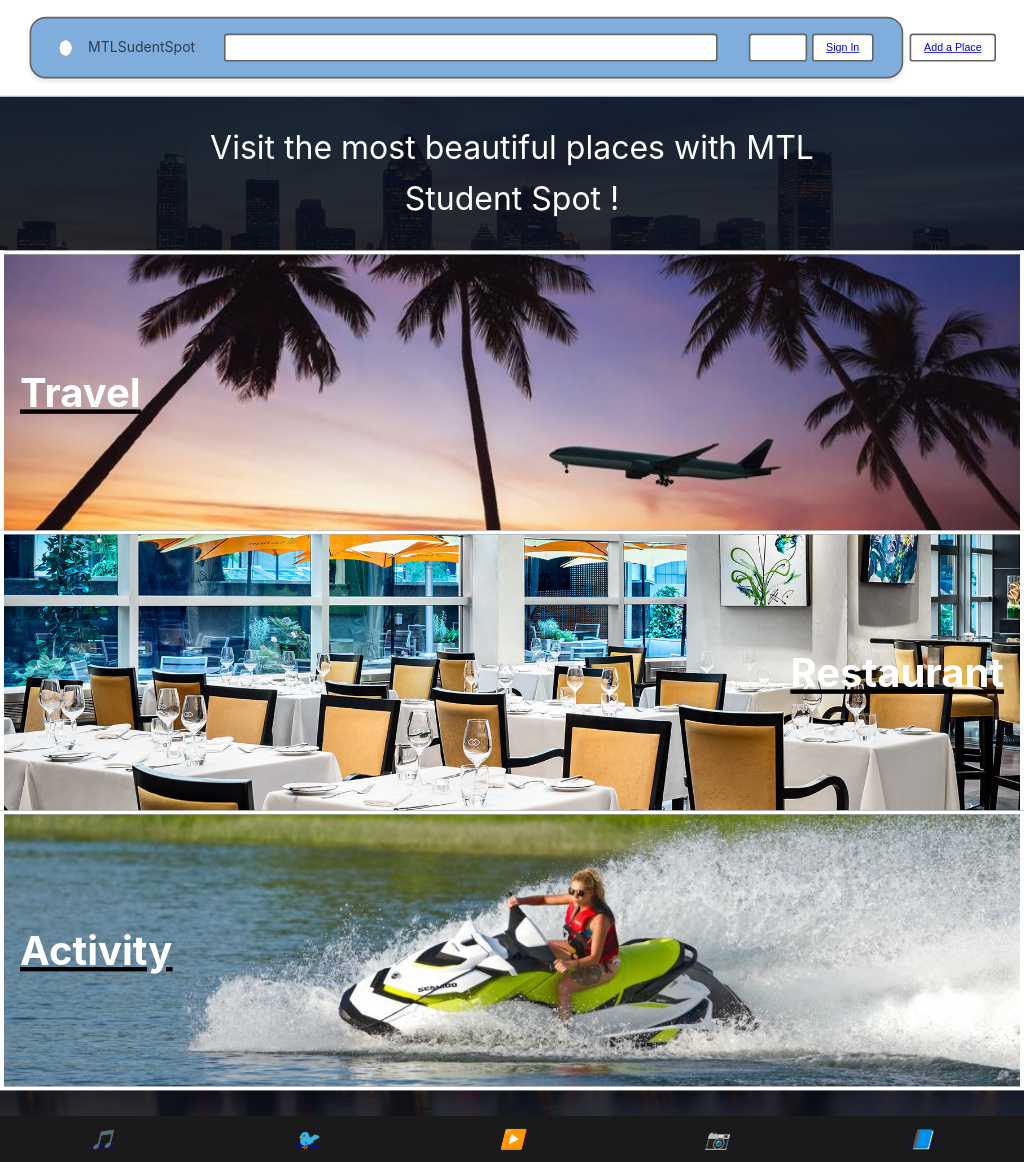
Repository: KevMn6ix/MOD8-2232-GRA-Damois-Leroi--Morant-Munto
Page: / (app in client/)
These files come from the project's save history. The page is drawn as it stood at one moment and after the next save; the edit follows.
The browser window is 1280 px wide. The pictures show the whole page, at 80% of full size.
The project was rebuilt for these pictures with package versions that can differ from the ones it lists, and the page was loaded fresh each time. Also part of the build but not shown: client/vite.config.js, client/src/components/HelloWorld.vue, client/src/services/Api.js, client/src/services/AuthentificationService.js, client/src/components/Login.vue, client/src/views/LoginPage.vue, client/src/components/PlaceItem.vue, client/src/components/PlaceList.vue.

Above is the page before, as saved 2023-10-18 14:18:49.

### client/index.html
<!DOCTYPE html>
<html lang="en">
  <head>
    <meta charset="UTF-8">
    <link rel="icon" href="/favicon.ico">
    <link href="https://cdnjs.cloudflare.com/ajax/libs/font-awesome/5.15.3/css/all.min.css" rel="stylesheet">

    <meta name="viewport" content="width=device-width, initial-scale=1.0">
    <title>Vite App</title>
  </head>
  <body>
    <div id="app"></div>
    <script type="module" src="/src/main.js"></script>
  </body>
</html>

### client/src/assets/main.css
@import './base.css';
/*
#app {
  max-width: 1280px;
  margin: 0 auto;
  padding: 2rem;

  font-weight: normal;
}

a,
.green {
  text-decoration: none;
  color: hsla(160, 100%, 37%, 1);
  transition: 0.4s;
}

@media (hover: hover) {
  a:hover {
    background-color: hsla(160, 100%, 37%, 0.2);
  }
}

@media (min-width: 1024px) {
  body {
    display: flex;
    place-items: center;
  }

  #app {
    display: grid;
    grid-template-columns: 1fr 1fr;
    padding: 0 2rem;
  }
}
*/
@media (prefers-color-scheme: dark) {
  button {
    color:black;
  }
  input {
    color: white;
    background-color: black;
  }
}

### client/src/App.vue
<script setup>
import { RouterLink, RouterView } from 'vue-router'
import HelloWorld from './components/HelloWorld.vue'
</script>

<template >
  <RouterView />

</template>

<style scoped>
template {
  display: flex;
  flex-direction: column;
}

header {
  line-height: 1.5;
  max-height: 100vh;
}

.logo {
  display: block;
  margin: 0 auto 2rem;
}

nav {
  width: 100%;
  font-size: 12px;
  text-align: center;
  margin-top: 2rem;
}

nav a.router-link-exact-active {
  color: var(--color-text);
}

nav a.router-link-exact-active:hover {
  background-color: transparent;
}

nav a {
  display: inline-block;
  padding: 0 1rem;
  border-left: 1px solid var(--color-border);
}

nav a:first-of-type {
  border: 0;
}

@media (min-width: 1024px) {
  header {
    display: flex;
    place-items: center;
    padding-right: calc(var(--section-gap) / 2);
  }

  .logo {
    margin: 0 2rem 0 0;
  }

  header .wrapper {
    display: flex;
    place-items: flex-start;
    flex-wrap: wrap;
  }

  nav {
    text-align: left;
    margin-left: -1rem;
    font-size: 1rem;

    padding: 1rem 0;
    margin-top: 1rem;
  }
}
</style>

### client/src/router/index.js
import { createRouter, createWebHistory } from 'vue-router'
import HomeView from '../views/HomeView.vue'

const router = createRouter({
  history: createWebHistory(import.meta.env.BASE_URL),
  routes: [
    {
      path: '/',
      name: 'home',
      component: HomeView
    },
    {
      path: '/about',
      name: 'about',
      // route level code-splitting
      // this generates a separate chunk (About.[hash].js) for this route
      // which is lazy-loaded when the route is visited.
      component: () => import('../views/AboutView.vue')
    },
    {
      path: '/login',
      name: 'login',

      component: () => import('../views/LoginPage.vue')
    },
    {
      path: '/register',
      name:'register',

      component: () => import('../views/RegisterPage.vue')
    },
    {
      path: '/places/:types',
      name: 'PlacesList',

      component: () => import('../views/PlaceListView.vue')
    },
    {
      path: '/places/review/:id',
      name : 'review',

      component: () => import('../views/PlaceReview.vue')
    },
    {

      path: '/places/:types/:id',
      name: 'PlacePage',

      component: () => import('../views/PlacesPage.vue')

    },
    {
      path: '/places/add',
      name: 'AddPlace',

      component: () => import('../views/AddPageView.vue')
    }
  ]
})

export default router

### client/src/views/HomeView.vue
<script setup>
import { ref } from 'vue'
import NavBar from '../components/NavBar.vue';
import RowLandingPage from '../components/RowLandingPage.vue';
import PlaceList from '../components/PlaceList.vue';
import { RouterLink} from 'vue-router'
import UsePlaceService from '../../server/services/places-service.js';
const userInput = ref('');
const placeService = UsePlaceService();
console.log(placeService.findPlaces())
const tempListPlace = placeService.findPlace()
console.log(tempListPlace)
</script>

<template>
  <header>
    <NavBar @user-input="(termInputed) => {userInput = termInputed;}"/>
  </header>

  <main id="home-body">
    <div v-if="userInput === ''">
    <h1>
      Visit the most beautiful places with MTL<br>Student Spot !
    </h1>
    <ul id="browse">
      <li id="travel"><RouterLink :to="{name : 'PlacesList', params : {types: 'travel'}}"><RowLandingPage textId="travel" textTitle="Travel"/></RouterLink></li>
      <li id="restaurant"><RouterLink :to="{name : 'PlacesList', params : {types: 'restaurants'}}"><RowLandingPage textId="restaurant" textTitle="Restaurant"/></RouterLink></li>
      <li id="activity"><RouterLink :to="{name : 'PlacesList', params : {types: 'activities'}}"><RowLandingPage textId="activity" textTitle="Activity"/></RouterLink></li>
  </ul>
  </div>
  <div v-else id="research">
    <PlaceList :searchTerms="userInput" :placeArray="placeService.findPlaces()"/>
  </div>
  </main>
  <footer>
    <a href="#" aria-label="SoundCloud">
        <i class="footer-icon">🎵</i>  <!-- Emoji used as placeholder for your icons -->
    </a>
    <a href="#" aria-label="Twitter">
        <i class="footer-icon">🐦</i>  <!-- Emoji used as placeholder for your icons -->
    </a>
    <a href="#" aria-label="YouTube">
        <i class="footer-icon">▶️</i>  <!-- Emoji used as placeholder for your icons -->
    </a>
    <a href="#" aria-label="Instagram">
        <i class="footer-icon">📷</i>  <!-- Emoji used as placeholder for your icons -->
    </a>
    <a href="#" aria-label="Facebook">
        <i class="footer-icon">📘</i>  <!-- Emoji used as placeholder for your icons -->
    </a>
  </footer>

</template>
<style scoped>
body, html {
    font-family: Arial, sans-serif;
    margin: 0;
    padding: 0;
}

:root {
    --color-background-header: #A5BDD9;
    --color-background-default: #A5BDD9;
    --color-background-travel: #a2c4ec;
    --color-background-activity: #9EB3CB;
    --text-color-default: #000;

}

/* Dark Mode Variables */
@media (prefers-color-scheme: dark) {
    :root {
        --color-background-header: #A5BDD9;  /* Adjusted for contrast in dark mode */
        --text-color-default: #FFF;
        /* The blue shades remain the same as you wanted */
    }
}

/* Header styles */
header {
    display: flex;
    justify-content: space-between;
    align-items: center;
    padding: 1rem 2rem;
    background-color: var(--color-background-header);
    color: var(--text-color-default);
    box-shadow: 0 4px 6px rgba(0, 0, 0, 0.1);
    border-bottom: 2px solid rgba(0, 0, 0, 0.1);
}

header > div:last-child {
    display: flex;
    gap: 1rem;

    a, button {
        padding: 0.5rem 1rem;
        border-radius: 0.25rem;
        transition: background-color 0.3s ease;
        text-decoration: none;
    }

    button {
        background-color: var(--color-background-travel);
        color: #FFF;
        border: none;
        cursor: pointer;
    }

    a {
        color: var(--text-color-default);
    }

    button:hover, a:hover {
        background-color: #7faedc;
    }
}

/* Main content styles */
main {
    background-color: var(--color-background-default);
    text-align: center;
    padding: 2rem 0;
    color: var(--text-color-default);
}

#home-body {

    background-image: url('../assets/montrealbynight.jpg');
    background-size: 1520px;
    background-repeat: repeat;
    background-position: 30%;
    position: relative;
    z-index: 1;
}

#home-body::before {
    content: '';
    display: block;
    position: absolute;
    top: 0;
    right: 0;
    bottom: 0;
    left: 0;
    background-color: rgba(2, 7, 16, 0.84);
    z-index: -1;
}

h1 {
    font-size: 2.5rem;
    margin-bottom: 2rem;
    color: white;
}

ul#browse {
    list-style: none;
    padding: 0;
    display: flex;
    flex-direction: column;
    margin: 0;
}

ul#browse li {
  padding: 0;
  margin: 0px;
  border: 5px solid white;
  border-bottom: 0px;
  transition: background-color 0.3s ease;
  height: 350px;
  background-size: cover;
  display: flex;
  justify-content: center;
  align-items: center;
  font-weight: bold;

}

ul#browse li#activity{

    border-bottom: 5px solid white;

}

ul#browse li > * {
    color: black;
    font-weight: bold;
    width: 100%;
    text-align: center;
}

#travel > *{
    text-align: left;
}

#restaurant > *{
    text-align: right;
}


#restaurant, #travel, #activity {
    background-size: cover;
    position: relative;
}

#restaurant::before, #travel::before, #activity::before {

    content: "";
    position: absolute;
    top: 0;
    right: 0;
    bottom: 0;
    left: 0;
    background-color: inherit;
    opacity: 0.40;
    pointer-events: none;
}


#restaurant {
    background-image: url('../assets/restaurant.jpg');
    background-color: var(--color-background-default);
    background-position: center;
    justify-content: flex-end;
}

#travel {
    background-image: url('../assets/travel.jpg');
    background-color: var(--color-background-travel);
    background-position: center;
    justify-content: flex-start;
}

#activity {
    background-image: url('../assets/jetski.jpg');
    background-color: var(--color-background-activity);
    background-position: center;
    justify-content: flex-start;

}

/* Add hover effects */
ul#browse li:hover {
    background-color: rgba(0, 0, 0, 0.1);
}

/* Footer styles */
footer {
  z-index: 1000;
    display: flex;
    justify-content: space-around;
    align-items: center;
    bottom: 0;

    left: 0;
    width: 100%;
    background-color: #1a1a1a;
    padding: 10px 0;
}

.footer-icon {
    font-size: 24px;
    color: white;
    transition: 0.3s;
}

footer a:hover .footer-icon {
    color: #A5BDD9;
}

/* Media Queries for screen size */
@media screen and (max-width: 768px) {  /* For tablets */
    header {
        flex-direction: column;
    }

    ul#browse {
        gap: 0.5rem;
    }

    footer {
        flex-wrap: wrap;
    }
}

@media screen and (max-width: 480px) {  /* For mobile phones */
    header > div {
        flex-direction: column;
        gap: 0.5rem;
    }

    h1 {
        font-size: 2rem;
    }

    ul#browse li {
        padding: 0.5rem 0;
    }

    footer {
        flex-direction: column;
    }
}
</style>

### client/src/components/NavBar.vue
<script setup>
import { ref } from 'vue'
import LoginPage from '../views/LoginPage.vue'
import TheSubHeader from './TheSubHeader.vue';
const emit = defineEmits(['user-input'])
const UserInput = ref('')
function sendUserInput() {
    console.log(UserInput.value)
    emit('user-input', UserInput.value)
}
</script>
/** This component is hte bar at the top of the screen */
<template>
    <nav id="head-bar">
        <img src="../assets/logoMTL.png">
        <h3>
            MTLSudentSpot
        </h3>
        <input type="text" v-model="UserInput" @input="sendUserInput">
        <div>
        <router-link to='/login'>
        <button>
            Log In
        </button>
        </router-link>
        <button>
            <router-link to="/register">Sign In</router-link>
        </button>
    </div>
    </nav>
    <div id="sub-header">
    <TheSubHeader/></div>
</template>
<style>

:root{

    --color-navbar: #7faedc;
    --text-navbar-color-default: #000;
    --color-input: #FFF;
    --button-border: #646464;
    --color-button: #fff;
    --button-hover: #7faedc;
}

@media (prefers-color-scheme: dark){

    :root{

        --text-navbar-color-default: #FFF;
        --color-navbar: #211f1f;
        --color-input: #312e2e;
        --button-border: #646464;
        --color-button: #312e2e;
        --button-hover: #646464;

    }

}

nav {
    display: flex;
    justify-content: space-between;
    align-items: center;
    background-color: var(--color-navbar);
    padding: 1rem 2rem;
    box-shadow: 0 4px 6px rgba(0, 0, 0, 0.1);
    border-bottom: 2px solid rgba(0, 0, 0, 0.1);
    border-radius: 20px;
    border: 2px solid var(--button-border);
    margin: 5px;
}

button {
    background-color: var(--color-button);
    color: #FFF;
    border: none;
    padding: 0.5rem 1rem;
    border-radius: 0.25rem;
    cursor: pointer;
    transition: background-color 0.3s ease;
    margin: 3px;
    border: 2px solid var(--button-border);
}

button:hover {
    background-color: var(--button-hover);
}

button:visited {
    color: white; /* Set the text color to yellow when the button is active (clicked) */
}

img {
    height: 20px;
    width: 16px;
}

input {
    flex-grow: 3;
    padding: 0.5rem;
    border: none;
    border-radius: 0.25rem;
    background-color: var(--color-input);
    color: var(--text-navbar-color-default);
    border: 2px solid var(--button-border);
    margin: 0 1rem;
}

#sub-header {
    text-align: center;
}
</style>

### client/src/components/RowLandingPage.vue
<script setup>
/** this prop purpose to to display one of the solid color row on the landing page*/
import { RouterLink } from 'vue-router';

const rowProps = defineProps({
    textId: String,
    textTitle: String
})
</script>
<template>
    <RouterLink :to="/places/ + rowProps.textId">
    <h2 :id="'sub-' + rowProps.textId">

        {{ rowProps.textTitle }}
    </h2>
    </RouterLink>
</template>
<style scoped>
* {
    color: black;
    @media (prefers-color-scheme: dark) {
        color: white;

    }
}
#sub-travel {
    text-align: start;
    margin-left: 20px;
}
#sub-restaurant {
    text-align: end;
    margin-right: 20px;
}
#sub-activity {
    text-align: start;
    margin-left: 20px;
}

#sub-travel, #sub-restaurant, #sub-activity{

    color: white;
    font-weight: bold;
    font-size: 50px;

}
</style>

### client/server/services/places-service.js
let id = 0;
const placeList = [
  {Id: ++id, Type: "restaurant", Title: "Brutopia", Address: "888 rjij", Rating: 4, HygieneRating: 5, AmbianceRating: 3, PriceRating: 5, Picture: "https://css-tricks.com/wp-content/uploads/2018/10/align-items.svg"},
  {Id: ++id, Type: "activity",Title: "cheval blanc", Address: "56656 fd", Rating: 3, HygieneRating: 3, AmbianceRating: 4, PriceRating: 2},
  {Id: ++id, Type: "travel",Title: "nyx", Address: "86 sfd", Rating: 3, HygieneRating: 4, AmbianceRating: 4, PriceRating: 2},
  {Id: ++id, Type: "restaurant",Title: "bnyx", Address: "86 sfd", Rating: 3, HygieneRating: 4, AmbianceRating: 4, PriceRating: 2, Picture:"https://cdn4.buysellads.net/uu/1/134955/1685040267-designdotdev5.jpg"}
]

let idRating = 0
const PlaceRating = [
    {Id: ++idRating, IdPlace: 2, HygieneRating: 3, AmbianceRating: 4, PriceRating: 2, CommentRate:"Nice place."},
    {Id: ++idRating, IdPlace: 1, HygieneRating: 5, AmbianceRating: 3, PriceRating: 5, CommentRate:"I like to go there."},
    {Id: ++idRating, IdPlace: 4, HygieneRating: 4, AmbianceRating: 4, PriceRating: 2, CommentRate:"They cook my favorite food."},
    {Id: ++idRating, IdPlace: 3, HygieneRating: 4, AmbianceRating: 4, PriceRating: 2, CommentRate:"I went there while visiting."}
]


function findPlaces() {
    return placeList
}

function findPlace(id) {
    for (let place of placeList) {
        if (place.Id == id) {
            return place
        }

    }
    return null
}

function sumAmbiance(listOfRatings) {
    let res = 0;
    for (let rating of listOfRatings) {
        res += rating.AmbianceRating;
    }
    console.log(res)
    return res;
}

function sumHygiene(listOfRatings) {
    let res = 0;
    for (let rating of listOfRatings) {
        res += rating.HygieneRating;
    }

    return res;
}
function sumPrice(listOfRatings) {
    let res = 0;
    for (let rating of listOfRatings) {
        res += rating.PriceRating;
    }
    console.log(res)
    return res;
}

function findRatingsAbout(id) {
    /*console.log(PlaceRating)*/
    return PlaceRating.filter((rating) => {  return rating.IdPlace == id});
}

function actualiseRating(id) {
    const place = findPlace(id);
    console.log(findRatingsAbout(id))
    place.AmbianceRating = Math.round(sumAmbiance(findRatingsAbout(id))/(findRatingsAbout(id).length))
    place.PriceRating = Math.round(sumPrice(findRatingsAbout(id))/(findRatingsAbout(id).length))
    place.AmbianceRating = Math.round(sumHygiene(findRatingsAbout(id))/(findRatingsAbout(id).length))
    place.Rating = Math.round((place.AmbianceRating + place.HygieneRating + place.PriceRating)/3);
}

function addRating(idPlace, hygieneRating, ambianceRating, priceRating, commentRate) {
    /*
    console.log("^^^^^^^^^^^^^^^^^^^^^^^^")
    console.log(idPlace)
    console.log("^^^^^^^^^^^^^^^^^^^^^^^^^^^^")
    */
   const newRating = {}
   newRating["Id"] = idRating++
   newRating["IdPlace"] = placeList[idPlace - 1].Id
   newRating["HygieneRating"] = hygieneRating
   newRating["AmbianceRating"] = ambianceRating
   newRating["PriceRating"] = priceRating
   newRating["CommentRate"] = commentRate
    PlaceRating.push(newRating)
    /*
    console.log("#################")
    console.log(PlaceRating[idRating - 1].IdPlace)
    console.log("##############################")
    */
    actualiseRating(idPlace)
}


function findRatings() {
    return PlaceRating
}

function findRating(id) {
    for (let rating of PlaceRating) {
        if (rating.Id == id) {
            return rating
        }

    }
    return null
}





function addPlace(title, address, type, picture) {
    const newPlace = {}
    newPlace["Id"] =id++
    newPlace["Type"] =type
    newPlace["Title"] =title
    newPlace["Address"] =address
    newPlace["Rating"] =0
    newPlace["HygieneRating"] =0
    newPlace["AmbianceRating"] =0
    newPlace["PriceRating"] =0
    newPlace["Picture"] =picture
    placeList.push(newPlace)
}


export default function UsePlaceService () {
    return {
    findPlaces,
    findPlace,
    addPlace,
    findRatings,
    findRating,
    addRating,
    findRatingsAbout
}}

### client/src/components/BarOutsideHome.vue
<script setup>
import { ref } from 'vue'
import LoginPage from '../views/LoginPage.vue'
import { RouterLink } from 'vue-router';
import TheSubHeader from './TheSubHeader.vue';
const emit = defineEmits(['user-input'])
const UserInput = ref('')
function sendUserInput() {
    console.log(UserInput.value)
    emit('user-input', UserInput.value)
}
</script>
/** This component is the bar at the top of the screen */
<template>
    <nav id="head-bar">
        <img src="../assets/logoMTL.png">
        <h3>
            MTLSudentSpot
        </h3>
        <RouterLink to="/">
            Home
        </RouterLink>
        <div>
        <button>
            <router-link to='/login'>Log In</router-link>
        </button>
        <button>
            <router-link to="/register">Sign In</router-link>
        </button>
    </div>
</nav>
<div id="sub-header">
<TheSubHeader/></div>
</template>
<style>
nav {
    display: flex;
    flex-wrap: wrap;
    justify-content: space-around;
    align-items: center;
    padding: 0;
    margin: 0;
    align-items: center;
    flex-grow: 3;
    min-width: 178px;
    gap: 20px;
}
img {
    margin-left: 3px;
    height: 20px;
    width: 16px;
}
input {
    flex-grow: 3;
}
#sub-header {
    text-align: center;
}
</style>

### client/src/components/TheSubHeader.vue
<script setup>
import { RouterLink } from 'vue-router';
</script>
<template>
    <button>
      <RouterLink to="/places/add"> Add a Place</RouterLink>
    </button>
</template>
<style scoped>
:root {
  --light-color-background-restaurant: #A5BDD9;
    --light-color-background-travel: #a2c4ec;
    --light-color-background-activity: #9EB3CB;
    --dark-color-background-restaurant: #a2c4ec9d;
    --dark-color-background-travel: #a5bdd971;
    --dark-color-background-activity: #9eb3cb0e;
    --color-background-restaurant: var(--light-color-background-restaurant);
    --color-background-travel: var(--light-color-background-travel);
    --color-background-activity: var(--light-color-background-activity);
    @media (prefers-color-scheme: dark) {
      --color-background-restaurant: var(--dark-color-background-restaurant);
        --color-background-travel: var(--dark-color-background-travel);
        --color-background-activity: var(--dark-color-background-activity);
    }
}
p {
    min-width: 333px;
    text-align: center;
    size: 50%;
    padding: 0;
    margin: 0;
}
</style>

Loaded but not shown: client/src/main.js (common file); client/src/assets/base.css (common file)

After the next save:
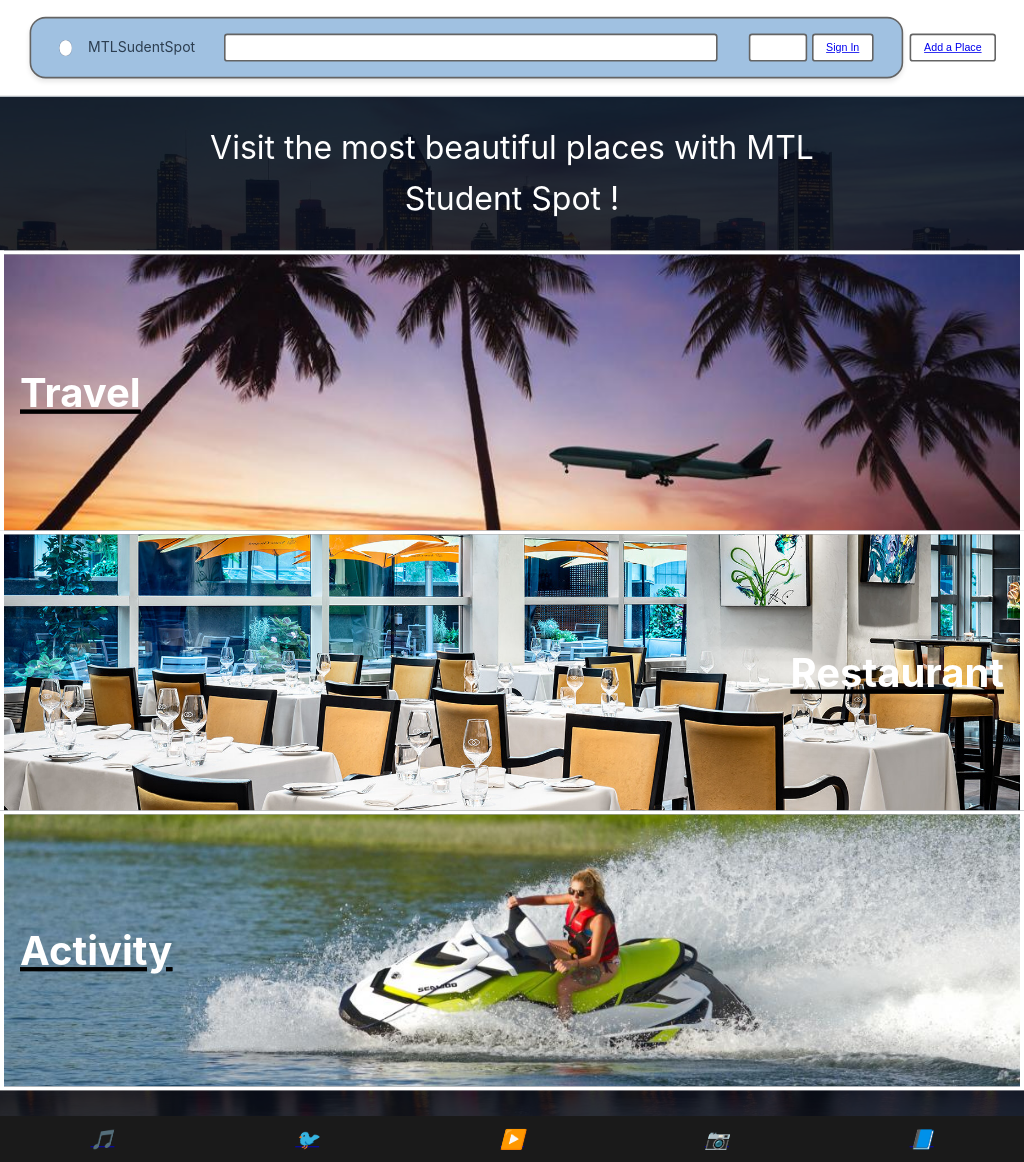
Saved 10 s later.
--- a/client/src/components/NavBar.vue
+++ b/client/src/components/NavBar.vue
@@ -35,7 +35,7 @@ function sendUserInput() {
 
 :root{
 
-    --color-navbar: #7faedc;
+    --color-navbar: #a0c1e1;
     --text-navbar-color-default: #000;
     --color-input: #FFF;
     --button-border: #646464;
